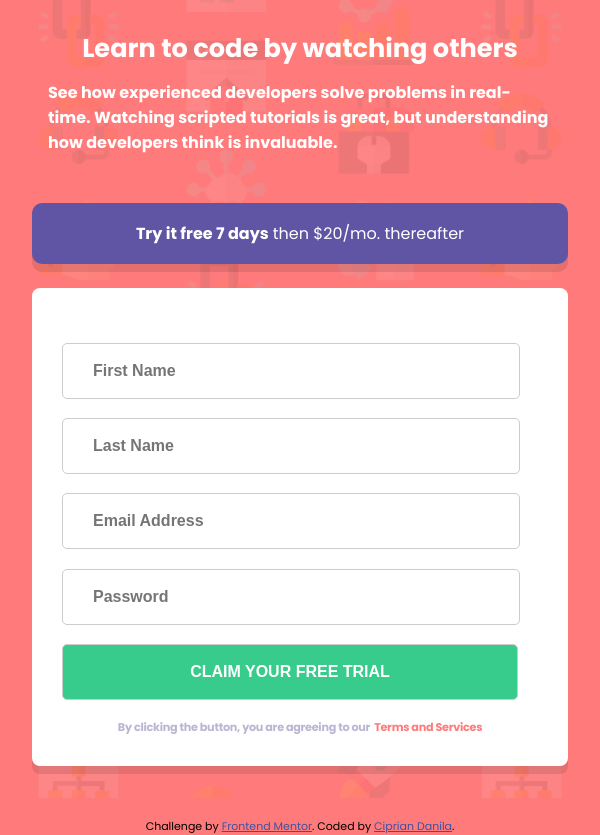
Repository: cipdanila/intro-component-with-sign-up-form
Page: index.html
An editor plug-in stored every save of this project. The page is shown before and after the next save, followed by the edit.
The browser window is 600 px wide. The pictures show the whole page.

Above is the page before, as saved 2024-02-14 17:03:14.

### index.html
<!DOCTYPE html>
<html lang="en">
    <head>
        <meta charset="UTF-8" />
        <meta name="viewport" content="width=device-width, initial-scale=1.0" />
        <!-- displays site properly based on user's device -->

        <link rel="icon" type="image/png" sizes="32x32" href="./images/favicon-32x32.png" />
        <link rel="stylesheet" href="styles.css" />
        <title>Frontend Mentor | Intro component with sign up form</title>
    </head>
    <body>
        <main>
            <div class="container">
                <section class="info">
                    <h1 class="learn">Learn to code by watching others</h1>
                    <p>
                        See how experienced developers solve problems in real-time. Watching scripted tutorials is great, but
                        understanding how developers think is invaluable.
                    </p>
                </section>
                <section class="container-form">
                    <h2 class="price"><span class="promo">Try it free 7 days</span> then $20/mo. thereafter</h2>
                    <div class="form">
                        <form action="">
                            <label for="fname"> </label><br />
                            <input type="text" name="fname" id="fname" class="input-field" placeholder="First Name" required />
                            <span class="error-message" id="fname-error">First Name cannot be empty</span>
                            <label for="lname"> </label><br />
                            <input type="text" name="lname" id="lname" placeholder="Last Name" required />
                            <span class="error-message" id="lname-error">Last Name cannot be empty</span>
                            <label for="email"> </label><br />
                            <input type="email" name="email" id="email" placeholder="Email Address" required />
                            <span class="error-message" id="email-error">Looks like this is not an email</span>
                            <span class="error-message" id="email-error2">Email Adress cannot be empty</span>
                            <label for="password"></label>
                            <input type="password" name="password" id="password" placeholder="Password" required />
                            <span class="error-message" id="password-error">Password cannot be empty</span>
                            <button type="submit" id="login-button">Claim your free trial</button>
                            <p>By clicking the button, you are agreeing to our <span class="terms">Terms and Services</span></p>
                        </form>
                    </div>
                </section>
            </div>
        </main>

        <footer>
            <div class="attribution">
                Challenge by
                <a
                    href="https://www.frontendmentor.io/challenges/intro-component-with-signup-form-5cf91bd49edda32581d28fd1/hub"
                    target="_blank"
                    rel="noopener noreferer"
                    >Frontend Mentor</a
                >. Coded by <a href="https://github.com/cipdanila" target="_blank" rel="noopener noreferer">Ciprian Danila</a>.
            </div>
        </footer>
    </body>
</html>

### styles.css
@import url("https://fonts.googleapis.com/css2?family=Poppins:wght@400;500;600;700&display=swap");

:root {
    /* Colors */
    /* Primary */
    --red: hsl(0, 100%, 74%);
    --green: hsl(154, 59%, 51%);
    /* Accent */
    --blue: hsl(248, 32%, 49%);
    /* Neutral */
    --dark-blue: hsl(249, 10%, 26%);
    --grayish-blue: hsl(246, 25%, 77%);
    --white: #fff;
    /* Other variables */
    --font-size-base: 1rem; /* 16px */
    --font-weight-base: 400;
}

*,
*::after,
*::before {
    margin: 0;
    padding: 0;
    box-sizing: border-box;
}

body,
html {
    font-family: "Poppins", sans-serif;
    font-size: var(--font-size-base);
    font-weight: var(--font-weight-base);
    background-color: var(--red);
}
main {
    display: flex;
    justify-content: center;
    align-items: center;
    height: 100vh;
    background-color: var(--red);
    background-image: url("./images/bg-intro-desktop.png");
    background-size: cover;
    background-position: center;
    width: 100%;
}

.container {
    max-width: 1440px;
    display: flex;
    flex-direction: row;
    align-items: center;
    justify-content: center;
    padding: 5rem;
}

section {
    max-width: 100%;
    width: 50%;
    display: flex;
    flex-direction: column;
    align-items: center;
    justify-content: center;
    padding: 2rem;
}

.learn {
    font-size: 3rem;
    font-weight: 700;
    color: #fff;
    line-height: 3.5rem;
    padding: 1rem;
}

.info p {
    color: var(--white);
    padding: 1rem;
    font-weight: 700;
}

.form {
    background-color: #fff;
    padding: 1.875rem;
    border-radius: 0.5rem;
    box-shadow: rgba(0, 0, 0, 0.1) 0px 0.5rem;
    display: flex;
    flex-direction: column;
    align-items: center;
    justify-content: center;
}

.price {
    width: 100%;
    font-size: 1rem;
    font-weight: 400;
    box-shadow: rgba(0, 0, 0, 0.1) 0px 0.5rem;
    display: flex;
    align-items: center;
    justify-content: center;
    background-color: var(--blue);
    color: #fff;
    padding: 1.125rem;
    border-radius: 0.625rem;
    margin-bottom: 1.5rem;
}

.price span {
    font-weight: 700;
    margin-right: 0.25rem;
}

input[type="text"],
input[type="email"],
input[type="password"] {
    width: calc(100% - 1.125rem);
    padding: 1.125rem;
    margin-bottom: 1.200rem;
    border-radius: 5px;
    border: 1px solid #ccc;
    color: var(--dark-blue);
    font-size: 1rem;
    font-weight: 700;
    text-indent: 0.75rem;
}

input {
    border-style: none;
    outline: none;
}

input:focus {
    border: 1px solid var(--blue);
}

.input-field {
    border: 1px solid var(--dark-blue);
}

.input-field.input-error {
    border-color: var(--red);
}

.input-field.input-error::after {
    content: "";
    position: absolute;
    top: 50%;
    right: 10px;
    transform: translateY(-50%);
    width: 10px;
    height: 10px;
    background-image: url(./images/icon-error.svg);
    background-size: contain;
    background-color: var(--red);
    border-radius: 50%;
}

.error-message {
    display: none;
    color: var(--red);
    font-size: 12px;
    margin-top: 5px;
}

.error-message.show {
    display: block;
}

button {
    background-color: var(--green);
    color: #fff;
    cursor: pointer;
    width: calc(100% - 1.25rem);
    padding: 1.125rem;
    margin-bottom: 1.200rem;
    border-radius: 5px;
    border: 1px solid #ccc;
    font-size: 1rem;
    font-weight: 700;
    text-transform: uppercase;
}

button:hover {
    background-color: hsl(154, 59%, 68%);
    cursor: pointer;
}

form p {
    color: var(--grayish-blue);
    font-size: 0.7rem;
    font-weight: 700;
    letter-spacing: -0.016rem;
    display: flex;
    align-items: center;
    justify-content: center;
}

.terms {
    color: var(--red);
    padding-left: 4px;
    font-weight: 700;
}

footer {
    margin-top: 20px;
    text-align: center;
}

.attribution {
    font-size: 11px;
    text-align: center;
}

.attribution a {
    color: hsl(228, 45%, 44%);
}

@media (max-width: 650px) {
    main {
        height: auto;
    }
    .container {
        width: 100%;
        flex-direction: column;
        padding: 1rem;
    }
    section {
        width: 100%;
        padding: 1rem;
    }

    .learn {
        font-size: 1.6rem;
        line-height: 0;
    }
}

/* @media screen and (min-width: 375px) {
    .container {
        flex-direction: column;
        padding: 3rem;
    }
    section {
        width: 100%;
        padding: 1rem;
    }
    .form {
        padding: 1rem;
    }
    input[type="text"],
    input[type="email"],
    input[type="password"] {
        width: calc(100% - 2rem);
        padding: 1rem;
        margin-bottom: 1rem;
    }
    .error-message {
        font-size: 10px;
    }
    button {
        padding: 1rem;
        margin-bottom: 1rem;
    }
    form p {
        font-size: 0.6rem;
    }
} */

After the next save:
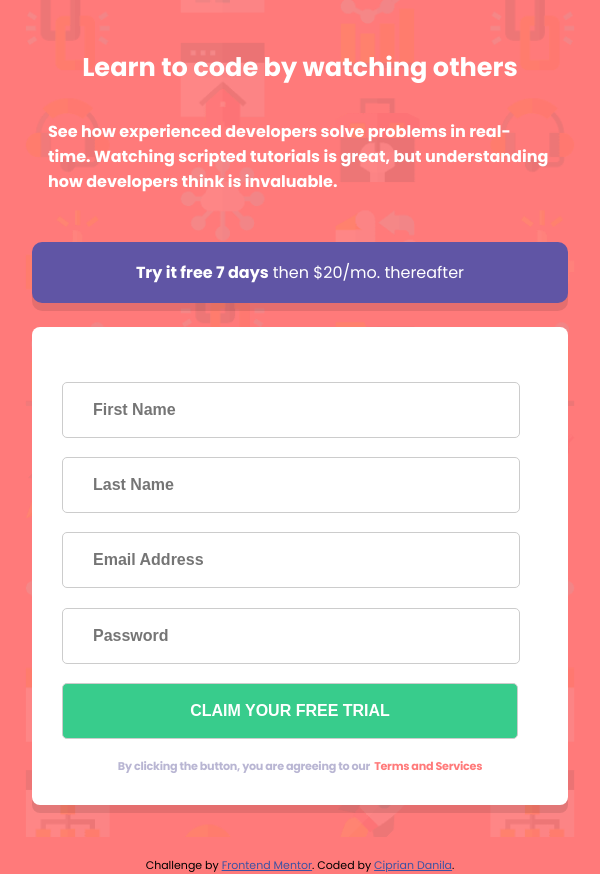
Saved 8 s later.
--- a/styles.css
+++ b/styles.css
@@ -228,7 +228,7 @@
 
     .learn {
         font-size: 1.6rem;
-        line-height: 0;
+        line-height: normal;
     }
 }
 
